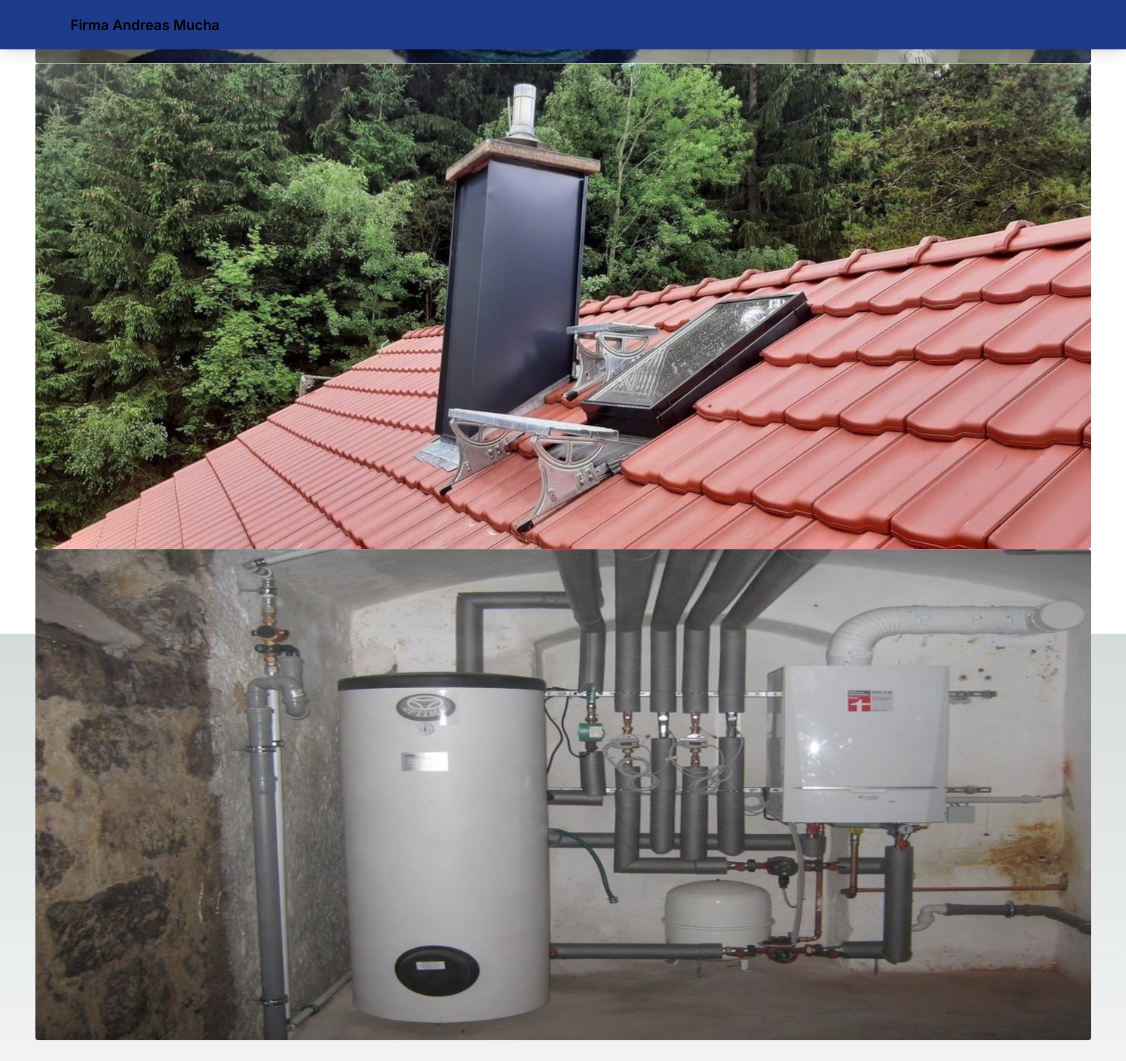
Repository: LorenMucha/firma-andreas-mucha
Page: /
The author's editor kept a copy of each file at every save. The page is drawn from the files as they stood at one save, then again after the next save.
The browser window is 1280 px wide. The pictures show the whole page, at 88% of full size.
The project was rebuilt for these pictures with package versions that can differ from the ones it lists, and the page was loaded fresh each time. The framework's server and built-in components were replaced by stand-ins that run in the browser. Also part of the build but not shown: next.config.mjs.

Above is the page before, as saved 2024-04-15 16:55:30.

After the next save:
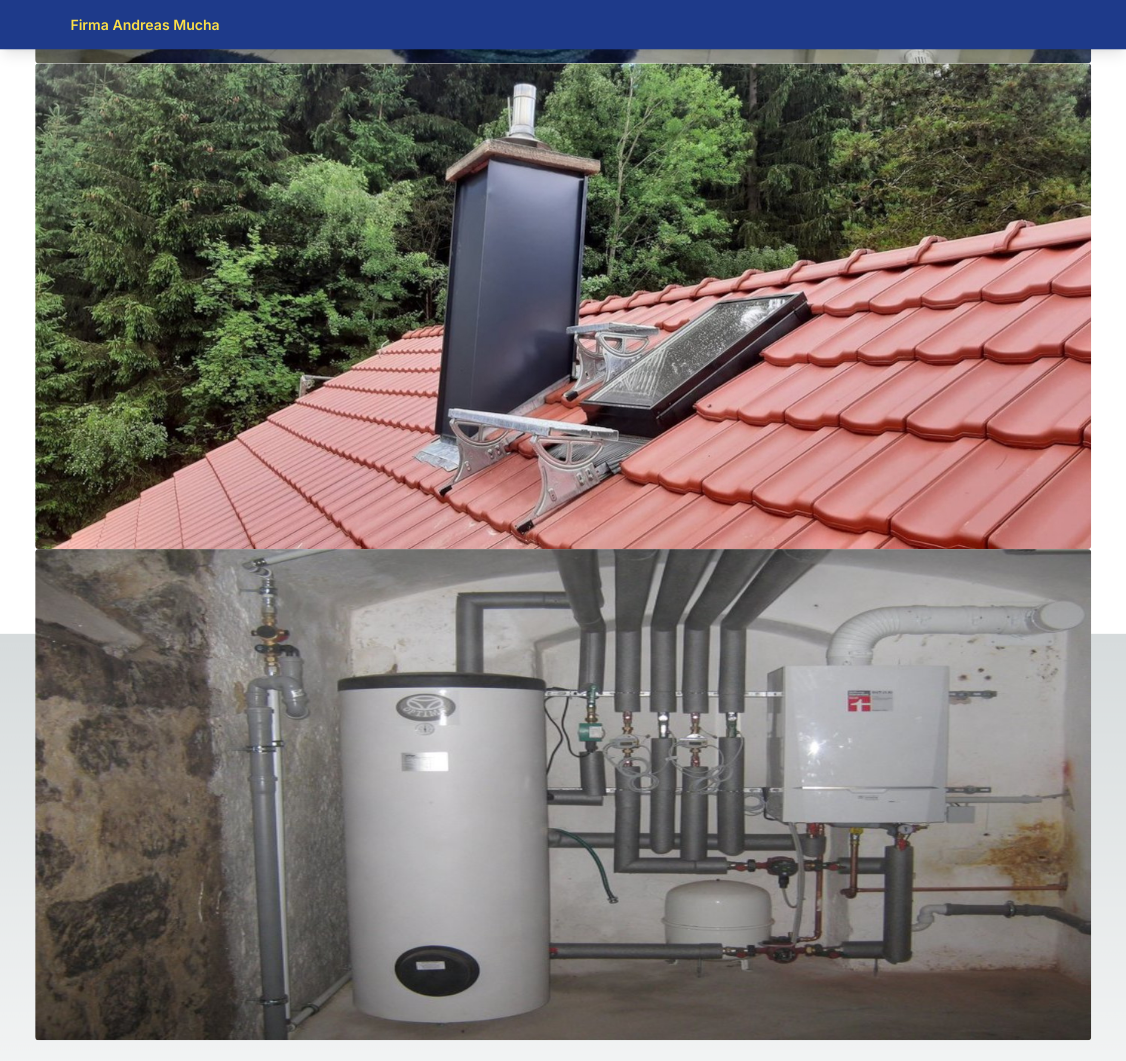
Saved 7 s later.
--- a/src/app/components/Navbar.tsx
+++ b/src/app/components/Navbar.tsx
@@ -4,7 +4,7 @@ const Navbar = (): React.JSX.Element =>
             <div className="flex justify-between">
                 <div className="inline-flex justify-center md:p-4 mb-1 mt-1 md:mt-0 md:mb-0">
                     <a>
-                        <span className="font-semibold md:text-l text-yellow-">Firma Andreas Mucha</span>
+                        <span className="font-semibold md:text-l text-yellow-300">Firma Andreas Mucha</span>
                     </a>
                 </div>
             </div>
